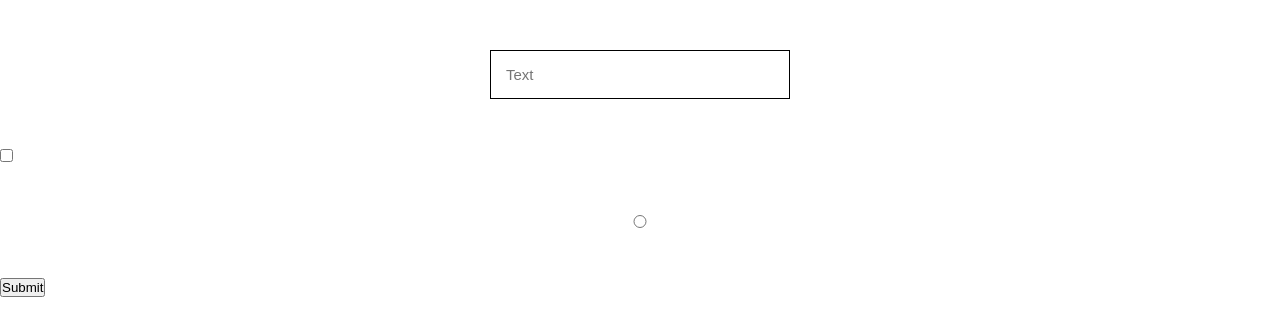
Repository: codysun1912/Javascript-coures
Page: index.html
The author's editor kept a copy of each file at every save. The page is drawn from the files as they stood at one save, then again after the next save.
The browser window is 1280 px wide. The pictures show the whole page.

Above is the page before, as saved 2022-02-28 18:29:28.

### index.html
<!DOCTYPE html>
<html lang="en">
<head>
    <meta charset="UTF-8">
    <meta http-equiv="X-UA-Compatible" content="IE=edge">
    <meta name="viewport" content="width=device-width, initial-scale=1.0">
    <title>Javascript</title>
    <link rel="stylesheet" href="./css/app.css">

</head>
<body>
    <form class="form form-login">
        <input type="text" class="input" name = "name" placeholder="Text">
        <input type="checkbox" class="hobby"id="" value = "badminton">
        <input type="radio" class="input" id="" value = " male">
        <button type="submit">Submit</button>
    </form>
    <script src="./Event/form.js"></script>
</body>
</html>

### css/app.css
html {
    box-sizing: border-box;
  }
  * {
    margin: 0;
    padding: 0;
  }
  *,
  *:before,
  *:after {
    box-sizing: border-box;
  }
  input,
  textarea,
  select,
  button {
    outline: none;
  }
  input {
    line-height: normal;
  }
  label,
  button {
    cursor: pointer;
  }
  a {
    text-decoration: none;
  }
  img {
    display: block;
    max-width: 100%;
  }
  *,
  *:before,
  *:after {
    box-sizing: border-box;
  }
  /* using rem unit */
  html {
    font-size: 62.5%;
  }
  a {
    text-decoration: none;
  }
  img {
    display: block;
    max-width: 100%;
  }
  body {
    font-family: "Poppins", sans-serif;
    font-size: 16px;
    line-height: 1;
  }
  /* .menu {
    width: 300px;
    position: fixed;
    top: 0;
    right: 0;
    bottom: 0;
    box-shadow: rgba(100, 100, 111, 0.2) 0px 7px 29px 0px;
    list-style: none;
    transform: translateX(100%);
    transition: transform 0.25s linear;
  }
  .menu.is-show {
    transform: translateX(0);
  }
  .menu-link {
    display: block;
    padding: 20px 15px;
    color: #333;
    border-bottom: 1px solid #eee;
  }
  .boxed {
    width: 200px;
    height: 200px;
    padding: 20px;
    margin-left: 50px;
    border: 5px solid;

    border-top: 50px solid;
  } */
  /* Modal */
 .input {
   padding:15px;
   border: 1px solid black;
   font-size:15px;
   width: 300px;
   margin:50px auto;
   display: block;

 }

### Event/form.js
const keyDown = document.querySelector(".input");
// keyDown.addEventListener("keydown" , function(event){
    // console.log(event.key);
    // console.log(event.keyCode);
    // console.log(event.which);
// })
// keyDown.addEventListener("keyup" , function(event){
//     console.log(event.key);

// })

// keyDown.addEventListener("change" , function(event){
//     console.log("working");

// })
// su kien xay ra khi an ra ngoai

// keyDown.addEventListener("focus" , function(event){
//     console.log("working");
// })

// keyDown.addEventListener("blur" , function(event){
//     console.log("working");
// })


const form = document.querySelector(".form");
form.addEventListener("submit", function(event){
    event.preventDefault();
    if(keyDown.value === ""){
        alert("not things");
    }
})

After the next save:
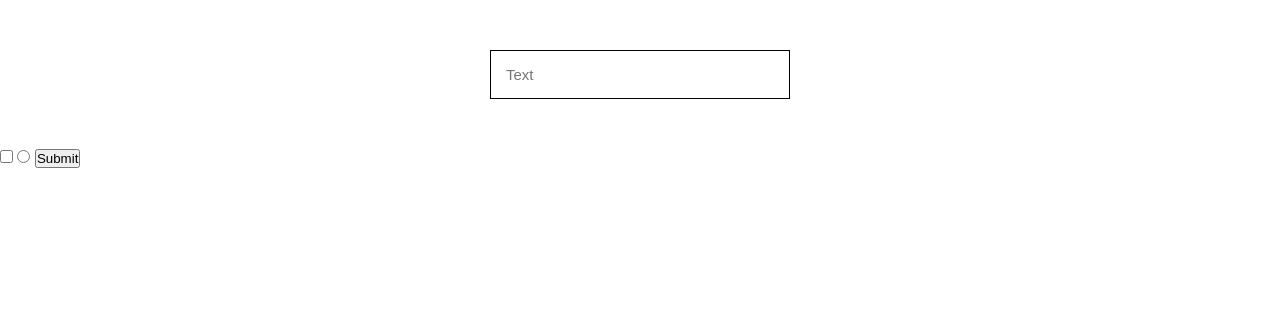
Saved 13 s later.
--- a/index.html
+++ b/index.html
@@ -12,7 +12,7 @@
     <form class="form form-login">
         <input type="text" class="input" name = "name" placeholder="Text">
         <input type="checkbox" class="hobby"id="" value = "badminton">
-        <input type="radio" class="input" id="" value = " male">
+        <input type="radio" class="gender" id="" value = " male">
         <button type="submit">Submit</button>
     </form>
     <script src="./Event/form.js"></script>
